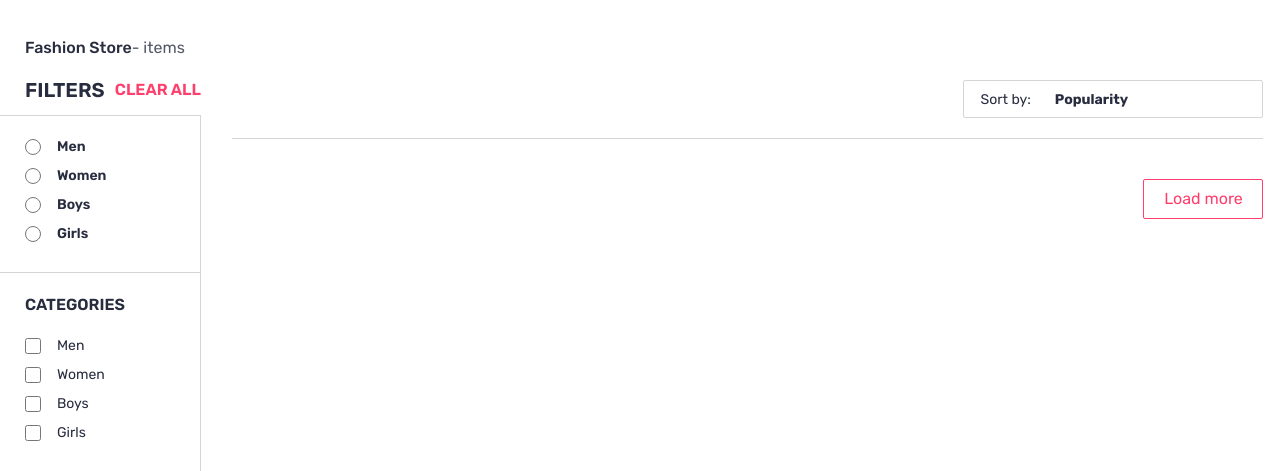
Repository: litaiqiang1407/Khanh-FashionStore
Page: /
These files come from the project's save history. The page is drawn as it stood at one moment and after the next save; the edit follows.
The browser window is 1280 px wide. The page is 1288 px wide, so the pictures cover 1288 px, including what lies to the right of the window. The pictures show the part of the page from y = 1080 to 1917 px (the page is 1551 px tall before and 1917 px after).
The page's requests for data from a server got no answer. The project was rebuilt for these pictures with package versions that can differ from the ones it lists, and the page was loaded fresh each time. No one was signed in, and anything a server would have sent is missing.

Above is the page before, as saved 2024-04-14 10:50:26.

After the next save:
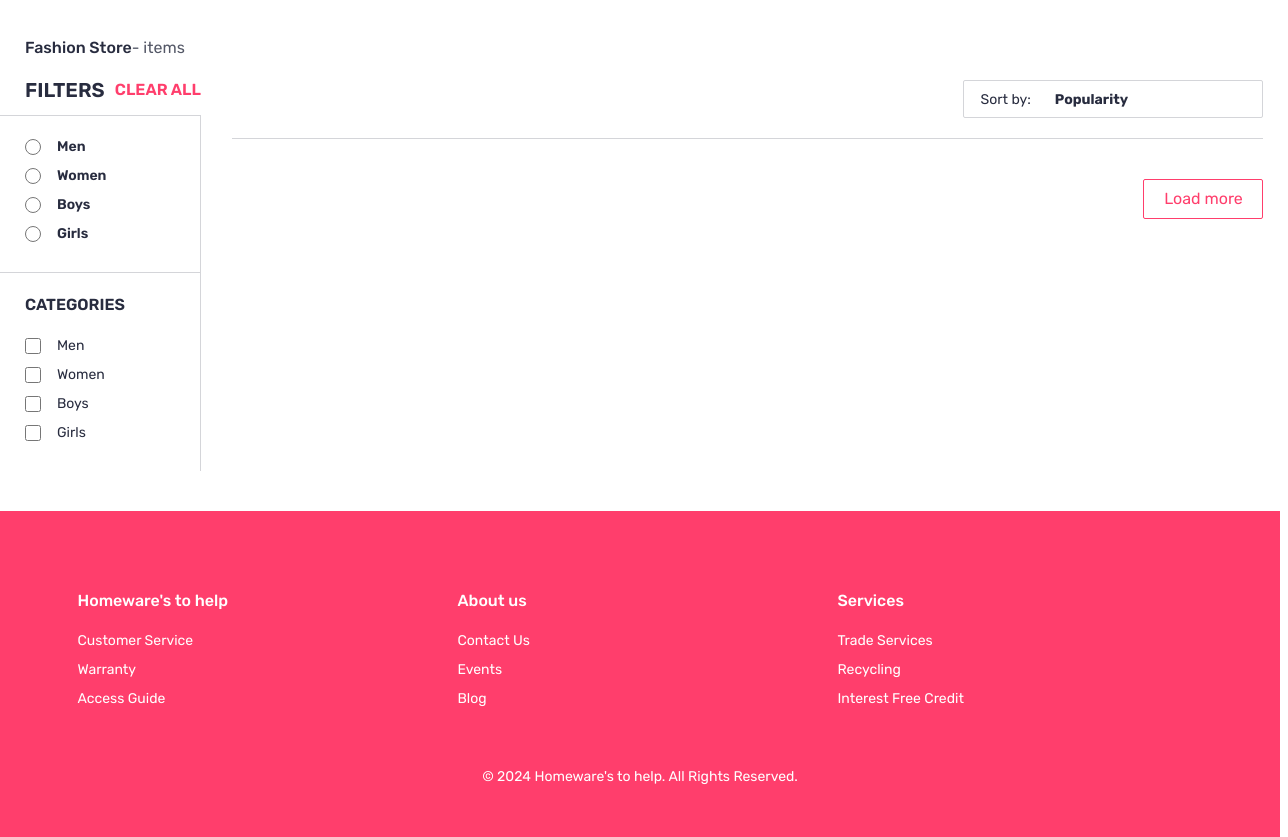
Saved 8 s later.
--- a/src/components/Layout/UserLayout/index.js
+++ b/src/components/Layout/UserLayout/index.js
@@ -1,10 +1,11 @@
-import { Header } from "../Components";
+import { Footer, Header } from "../Components";
 
 function UserLayout({ children }) {
   return (
     <div>
       <Header />
       {children}
+      <Footer />
     </div>
   );
 }
